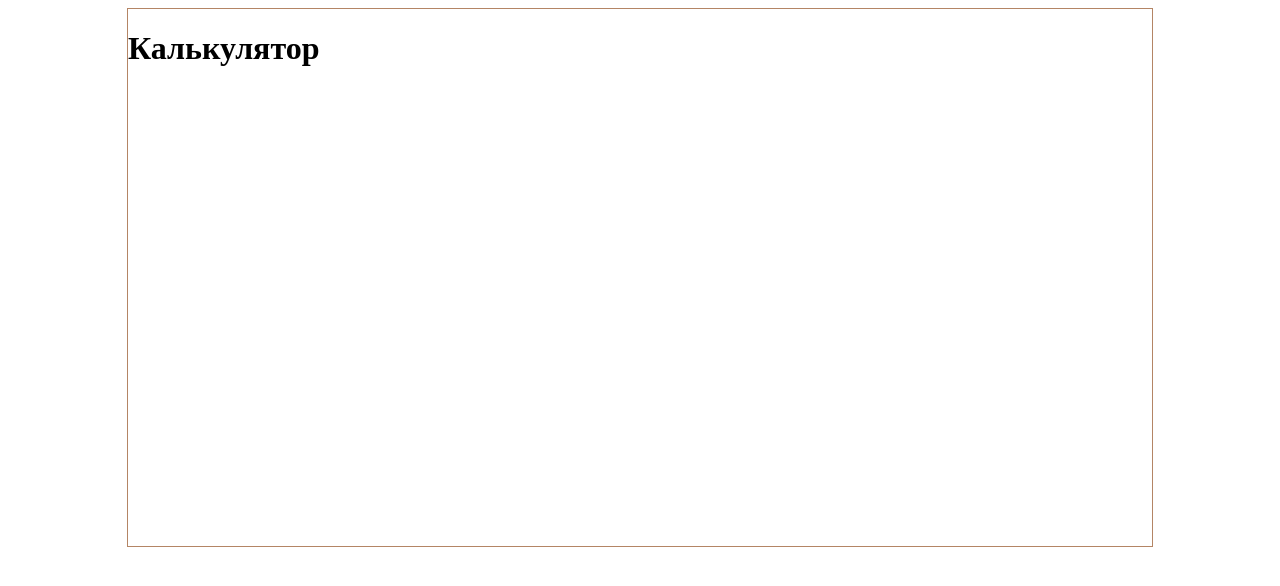
Repository: Kirill2034/Calculator-metal
Page: /
These files come from the project's save history. The page is drawn as it stood at one moment and after the next save; the edit follows.
The browser window is 1280 px wide. The pictures show the whole page.
The project was rebuilt for these pictures with package versions that can differ from the ones it lists, and the page was loaded fresh each time.

Above is the page before, as saved 2021-11-27 15:49:17.

After the next save:
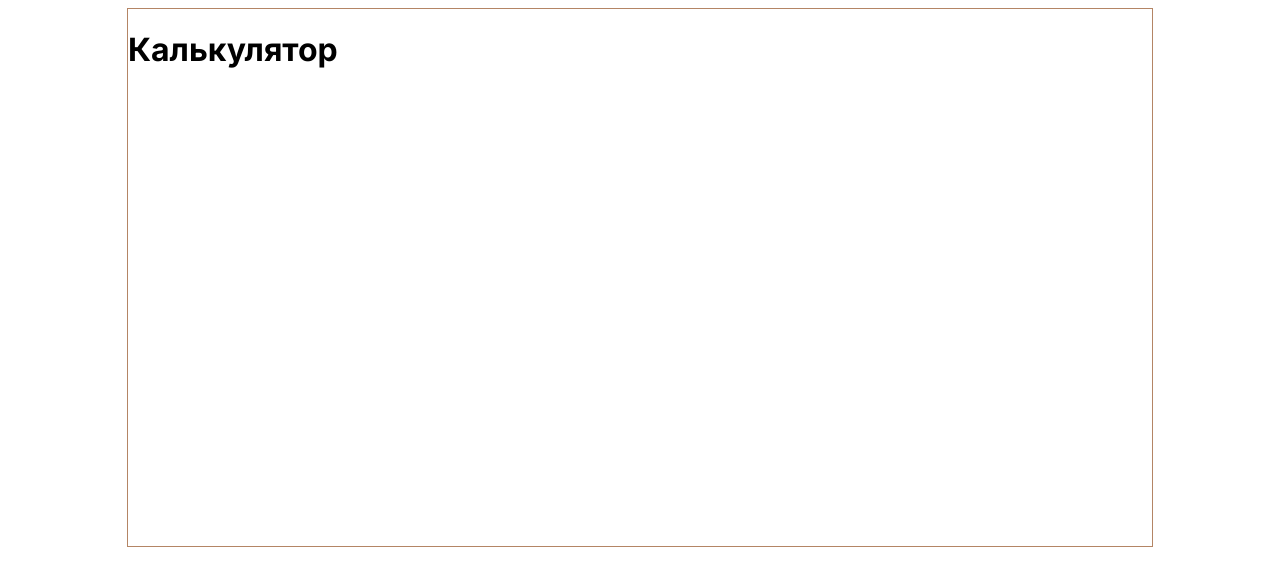
Saved 46 s later.
--- a/src/App.css
+++ b/src/App.css
@@ -1 +1 @@
-.App {width: 1024px; height: 537px; border: 1px solid #B48565; margin: 0 auto;}
+.App {width: 1024px; height: 537px; border: 1px solid #B48565; margin: 0 auto; font-family: 'Inter', sans-serif;}
